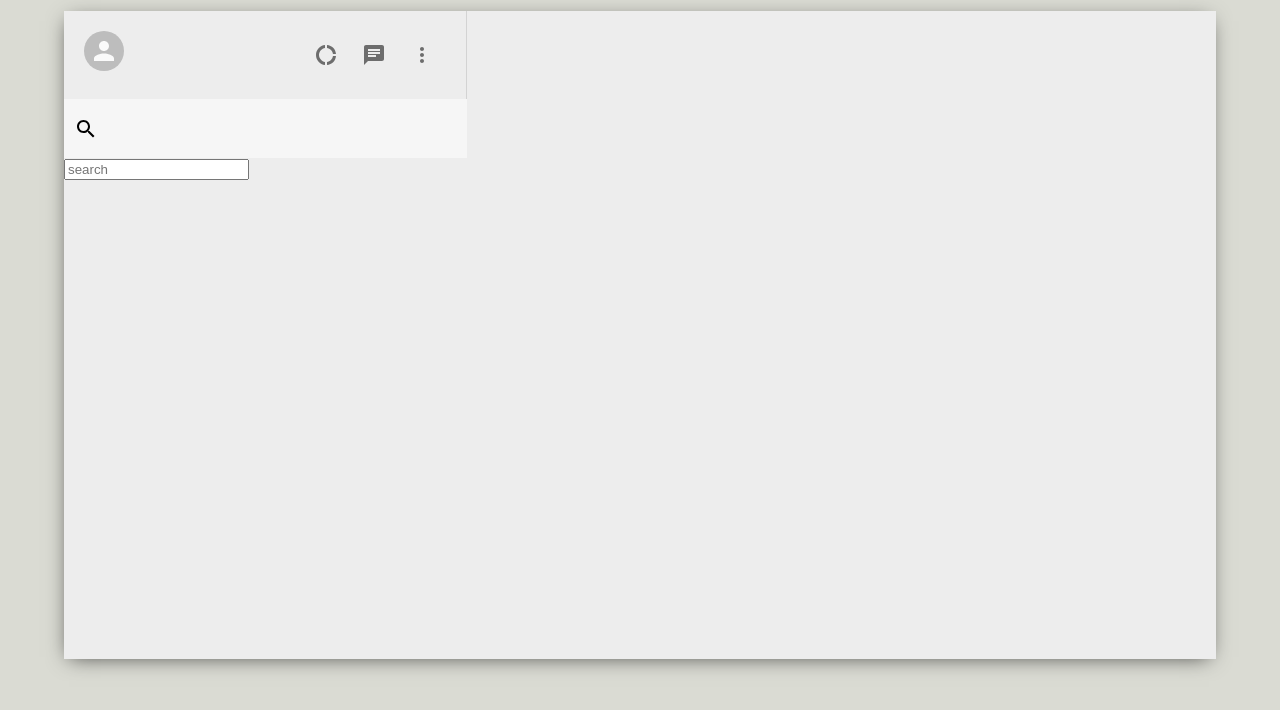
Repository: om1ars/functinal-chat
Page: /
An editor plug-in stored every save of this project. The page is shown before and after a run of saves, followed by the edit.
The browser window is 1280 px wide. The pictures show the whole page.
The project was rebuilt for these pictures with package versions that can differ from the ones it lists, and the page was loaded fresh each time.

Above is the page before, as saved 2021-11-22 13:04:40.

After the next 2 saves:
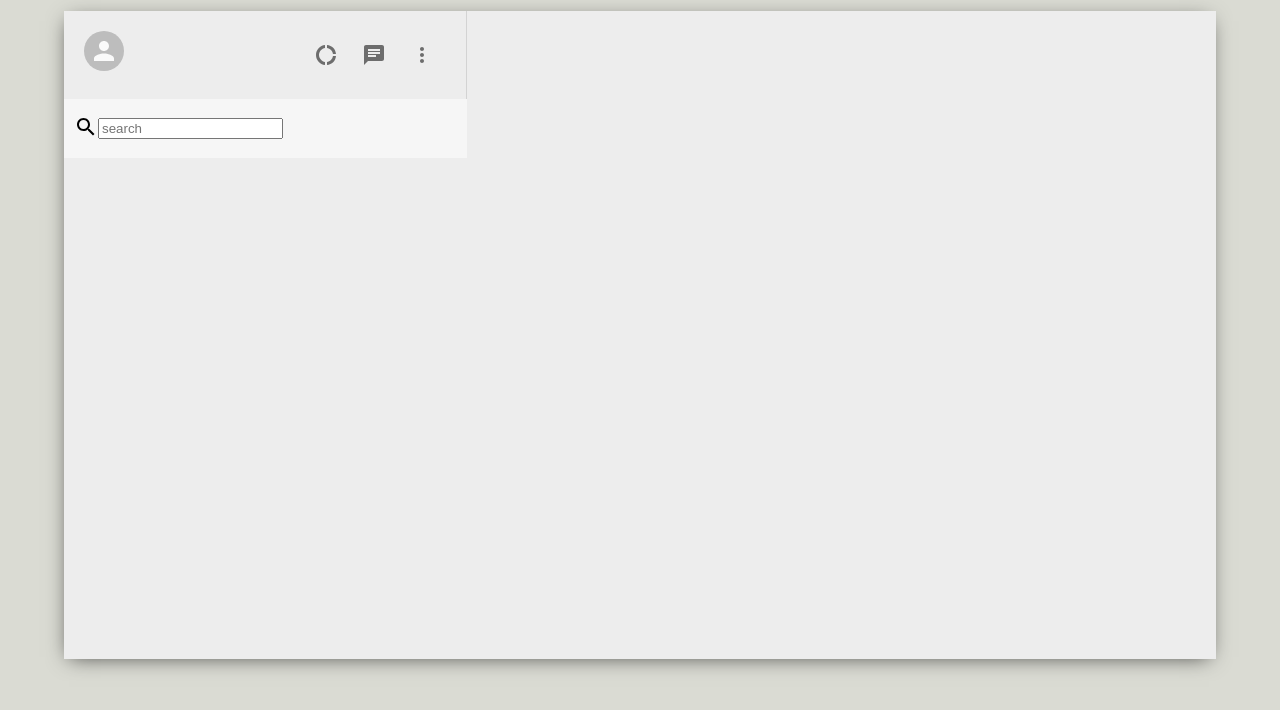
The 2 saves are shown as one change because they came seconds apart.
The last was saved 15 s later.
--- a/src/components/Sisdebar.css
+++ b/src/components/Sisdebar.css
@@ -20,10 +20,11 @@
     margin-right: 2vw;
     font-size: 24px !important;
 }
-.sidebar__searchContainer {
+.sidebar__search {
     display: flex;
     align-items: center;
     background-color: #f6f6f6;
     height: 39px;
     padding: 10px;
 }
+.
